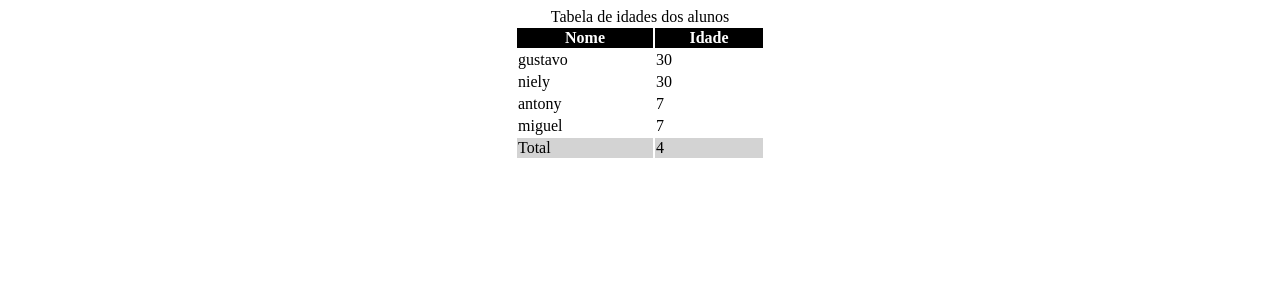
Repository: gustavotwist/html-css
Page: tabl.html
An editor plug-in stored every save of this project. The page is shown before and after a run of saves, followed by the edit.
The browser window is 1280 px wide. The pictures show the whole page.

Above is the page before, as saved 2024-04-27 20:16:37.

After the next 2 saves:
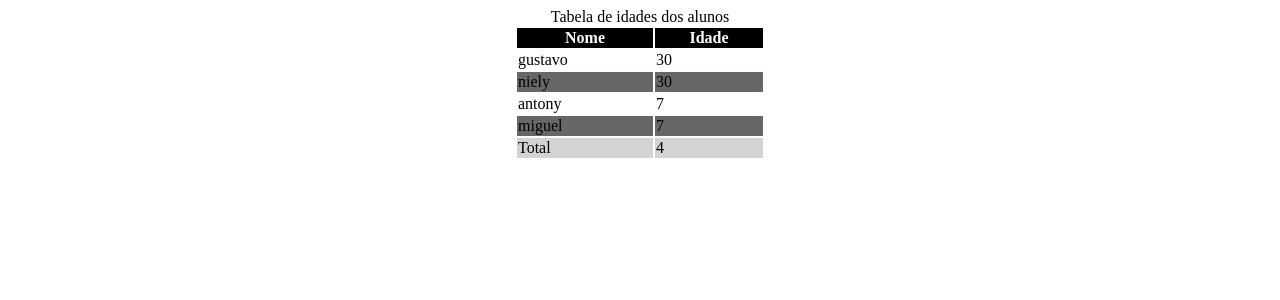
The 2 saves are shown as one change because they came seconds apart.
The last was saved 5 s later.
--- a/tabl.html
+++ b/tabl.html
@@ -12,7 +12,7 @@
         table tfoot td {
             background-color: lightgray;
         }
-        table tboot tr:nth-child(even) td {
+        table tbody tr:nth-child(even) td {
             background-color: #686666;
         }
     </style>
